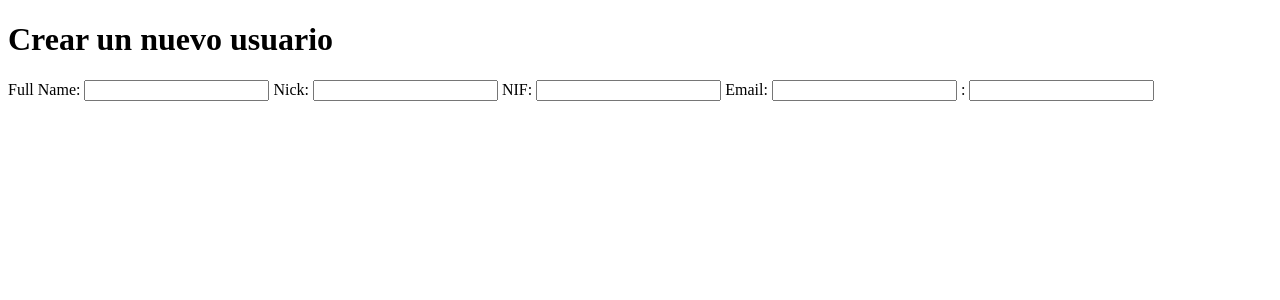
Repository: VinnySil/membresia
Page: http://localhost/users/create
An editor plug-in stored every save of this project. The page is shown before and after the next save, followed by the edit.
The browser window is 1280 px wide. The pictures show the whole page.
The page is served by the project's Laravel application, run on PHP 8.4 with Laravel 12.

Above is the page before, as saved 2024-12-06 19:18:23.

After the next save:
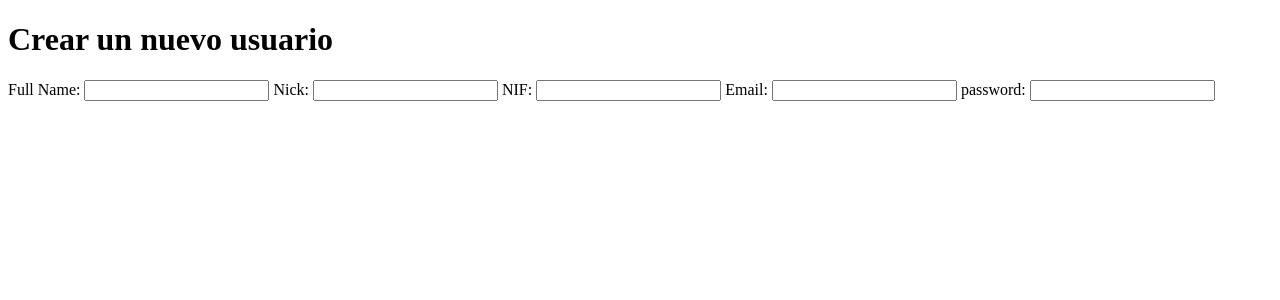
Saved 4 s later.
--- a/resources/views/users/create.blade.php
+++ b/resources/views/users/create.blade.php
@@ -18,8 +18,8 @@
         <input type="text" name="nif">
         <label for="email">Email:</label>
         <input type="email" name="email">
-        <label for="">:</label>
-        <input type="text" name="">
+        <label for="password">password:</label>
+        <input type="text" name="password">
 
     </form>
 </body>
